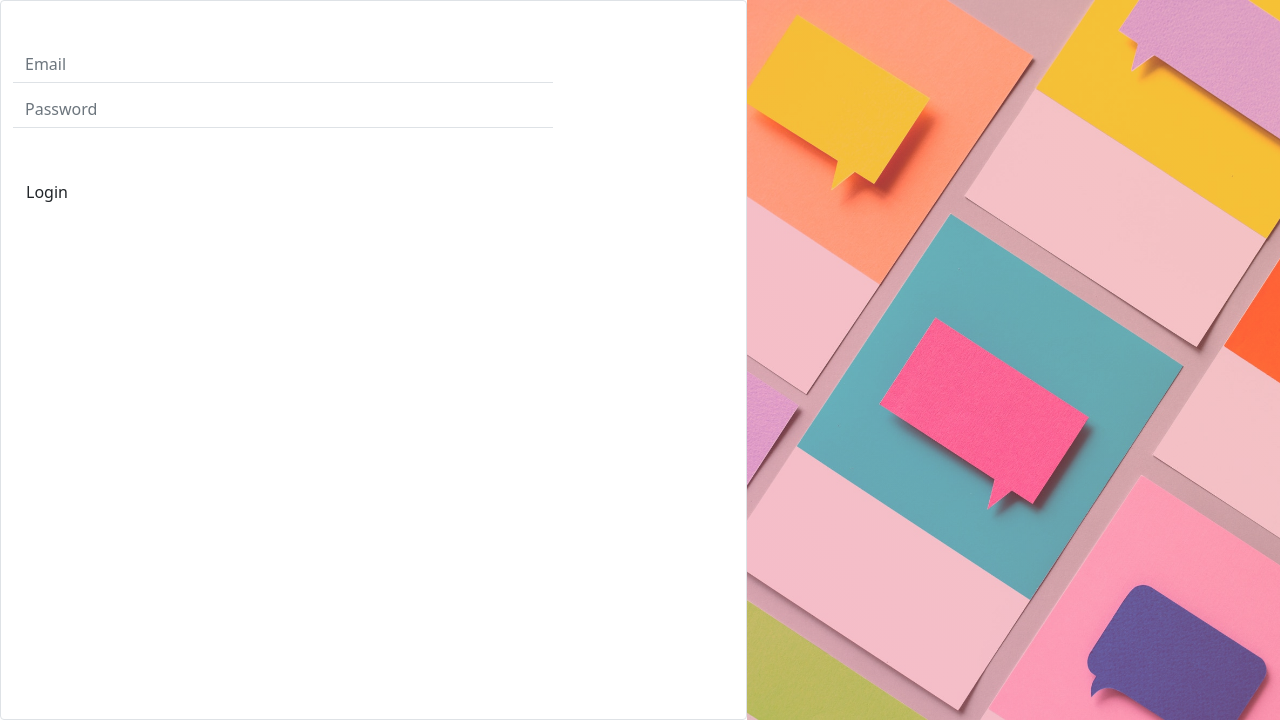
Repository: SaudCh/React-login
Page: /login
These files come from the project's save history. The page is drawn as it stood at one moment and after the next save; the edit follows.
The browser window is 1280 px wide. The pictures show the whole page.
The project was rebuilt for these pictures with package versions that can differ from the ones it lists, and the page was loaded fresh each time. Also part of the build but not shown: src/Components/Register/RegsiterCss.js, src/Components/Register/RegisterValidation.js, src/Components/Register/Register.jsx, src/Components/Home/Home.jsx.

Above is the page before, as saved 2022-02-06 12:09:40.

After the next save:
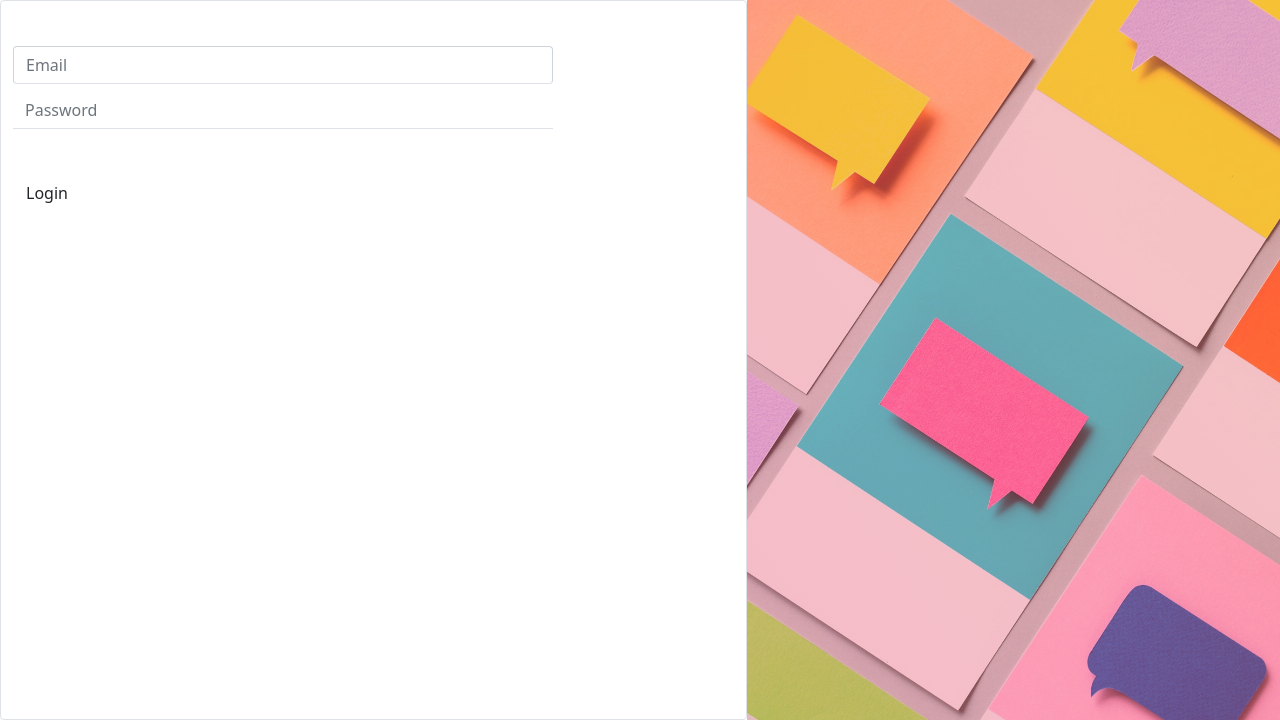
Saved 55 s later.
--- a/src/Components/Login/Login.jsx
+++ b/src/Components/Login/Login.jsx
@@ -54,7 +54,7 @@ export default function Login() {
               </div>
               <div className="form-group my-2">
                 <input
-                  style={formStyle}
+                  //style={formStyle}
                   value={email}
                   onChange={(email) => setEmail(email.target.value)}
                   type="email"
